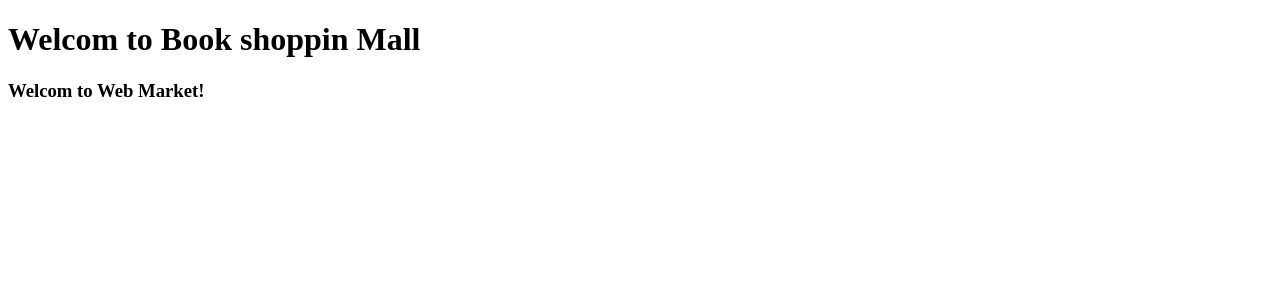
Repository: penguinjava/JSPBook
Page: http://localhost/JSPBook/welcome.jsp
The author's editor kept a copy of each file at every save. The page is drawn from the files as they stood at one save, then again after the next save.
The browser window is 1280 px wide. The pictures show the whole page.
The page is served by Tomcat 9.

Above is the page before, as saved 2024-10-30 15:36:16.

After the next save:
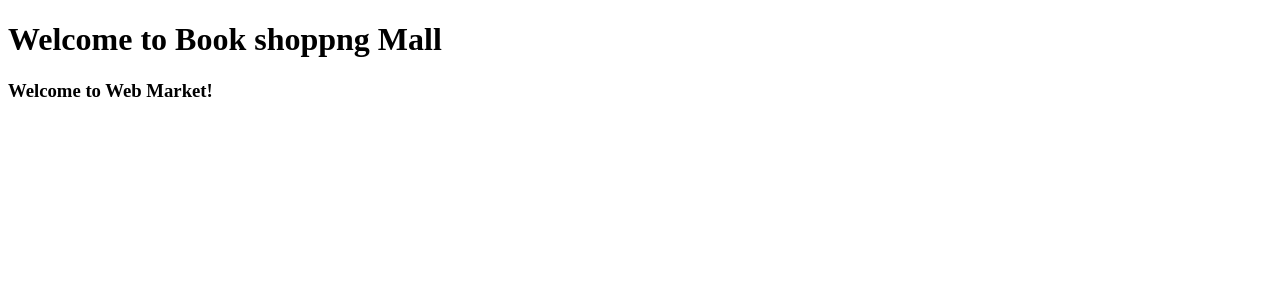
Saved 8 min 2 s later.
--- a/JSPBook/src/main/webapp/welcome.jsp
+++ b/JSPBook/src/main/webapp/welcome.jsp
@@ -7,7 +7,11 @@
 <title>Welcome</title>
 </head>
 <body>
-	<h1>Welcom to Book shoppin Mall</h1>
-	<h3>Welcom to Web Market!</h3>
+	<%! String greeting = "Welcome to Book shoppng Mall";
+		String tagline = "Welcome to Web Market!";
+	%>
+
+	<h1><%=greeting %></h1>
+	<h3><%=tagline %></h3>
 </body>
 </html>
